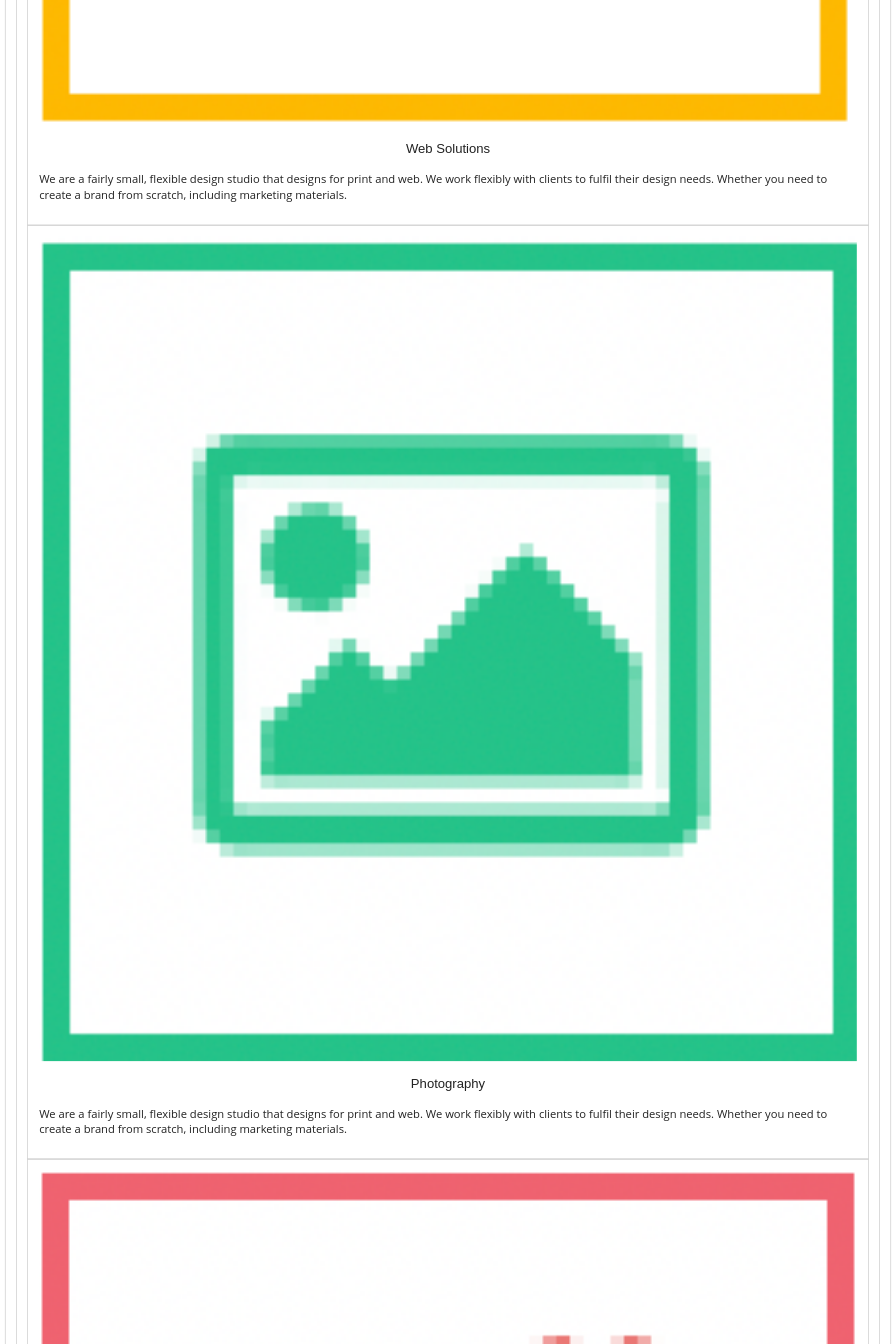
Repository: lpcmendoza/LAB02BF_Group9
Page: index.html
These files come from the project's save history. The page is drawn as it stood at one moment and after the next save; the edit follows.
The browser window is 1280 px wide. The pictures show the part of the page from y = 2907 to 4827 px (the page is 19799 px tall), at 70% of full size.

Above is the page before, as saved 2024-02-11 21:48:04.

### index.html
<!doctype html>
<html class="no-js" lang="en">

<head>
  <meta charset="utf-8">
  <meta name="viewport" content="width=device-width, initial-scale=1">
  <title>Metrolics</title>
  <link rel="stylesheet" href="css/style.css">
  <meta name="description" content="Group Blog">

  <meta property="og:title" content="Metrolics">
  <meta property="og:type" content="website">
  <meta property="og:url" content="">
  <meta property="og:image" content="">

  <link rel="icon" href="/favicon.ico" sizes="any">
  <link rel="icon" href="/icon.svg" type="image/svg+xml">
  <link rel="apple-touch-icon" href="icon.png">

  <link rel="manifest" href="site.webmanifest">
  <meta name="theme-color" content="#fafafa">
</head>

<body>

  <header class="page-header page-header-home">
    <div class="inner-container">
      <div class="content-container">
        <h1>Metrolics</h1>
      </div>
      <div class="content-container">
        <button class="navigation-button">Home</button>
        <button class="navigation-button">Pages</button>
        <button class="navigation-button">Portfolio</button>
        <button class="navigation-button">Blog</button>
        <button class="navigation-button">E-mail</button>
      </div>
    </div>
  </header>

  <div class="section section-image">
    <div class="inner-container">
      <div class="content-container">
        <img src="img/placeholder.svg" alt="placeholder image">
      </div>
    </div>
  </div>

  <div class="section section-title">
    <div class="inner-container">
      <div class="content-container">
        <h1>Hey guys! This is the Metrolics theme. It sports a responsive layout with a mobile layout.</h1>
      </div>
    </div>
  </div>

  <div class="section section-ourthings">
    <div class="inner-container">
      <div class="what-we-do-container-header">
        <h2>Things that we do</h2>
        <p>Ask us what we can do for you</p>
      </div>
      <div class="what-we-do-container-body m-1-2">
        <img class="icons" src="img/icon-web-solutions.png" alt="Web Solutions Icon">
        <h3>Web Solutions</h3>
        <p>We are a fairly small, flexible design studio that designs for print and web. We work flexibly with clients to fulfil their design needs. Whether you need to create a brand from scratch, including marketing materials.</p>
      </div>
      <div class="what-we-do-container-body">
        <img class="icons" src="img/icon-photography.png" alt="Photography Icon">
        <h3>Photography</h3>
        <p>We are a fairly small, flexible design studio that designs for print and web. We work flexibly with clients to fulfil their design needs. Whether you need to create a brand from scratch, including marketing materials.</p>
      </div>
      <div class="what-we-do-container-body">
        <img class="icons" src="img/icon-web-development.png" alt="Web Development Icon">
        <h3>Web Development</h3>
        <p>We are a fairly small, flexible design studio that designs for print and web. We work flexibly with clients to fulfil their design needs. Whether you need to create a brand from scratch, including marketing materials.</p>
      </div>
      <div class="what-we-do-container-body">
        <img class="icons" src="img/icon-web-design.png" alt="Web Design Icon">
        <h3>Web Design</h3>
        <p>We are a fairly small, flexible design studio that designs for print and web. We work flexibly with clients to fulfil their design needs. Whether you need to create a brand from scratch, including marketing materials.</p>
      </div>
    </div>
  </div>

  <div class="section section-news">
    <div class="inner-container">
      <div class="content-container">
        <h2>What's up lately?</h2>
      </div>
      <div class="content-container">
        <img src="img/placeholder.svg" alt="placeholder image">
      </div>
      <div class="content-container">
        <img src="img/placeholder.svg" alt="placeholder image">
      </div>
      <div class="content-container">
        <img src="img/placeholder.svg" alt="placeholder image">
      </div>
    </div>
  </div>

  <div class="section section-projects">
    <div class="inner-container">
      <div class="content-container">
        <h2>Our latest projects</h2>
      </div>
      <div class="content-container">
        <img src="img/placeholder.svg" alt="placeholder image">
      </div>
      <div class="content-container">
        <img src="img/placeholder.svg" alt="placeholder image">
      </div>
      <div class="content-container">
        <img src="img/placeholder.svg" alt="placeholder image">
      </div>
      <div class="content-container">
        <img src="img/placeholder.svg" alt="placeholder image">
      </div>
      <div class="content-container">
        <img src="img/placeholder.svg" alt="placeholder image">
      </div>
      <div class="content-container">
        <img src="img/placeholder.svg" alt="placeholder image">
      </div>
    </div>
  </div>

  <div class="section section-things">
    <div class="inner-container">
      <div class="content-container">
        <h2>Things of above</h2>
      </div>
      <div class="content-container">
        <p>content</p>
      </div>
      <div class="content-container">
        <p>content</p>
      </div>
    </div>
  </div>

  <div class="section section-clients">
    <div class="inner-container">
      <div class="content-container">
        <p>client</p>
      </div>
      <div class="content-container">
        <p>client</p>
      </div>
      <div class="content-container">
        <p>client</p>
      </div>
      <div class="content-container">
        <p>client</p>
      </div>
      <div class="content-container">
        <p>client</p>
      </div>
    </div>
  </div>

  <footer>
    <div class="page-footer page-footer-home">
      <div class="inner-container">
        <div class="content-container">
          <h2>footer</h2>
        </div>
        <div class="content-container">
          <p>content</p>
        </div>
        <div class="content-container">
          <p>content</p>
        </div>
        <div class="content-container">
          <p>content</p>
        </div>
        <div class="content-container">
          <p>content</p>
        </div>
      </div>
    </div>
  </footer>

  <script src="js/app.js"></script>

</body>

</html>

### css/style.css
/* ==========================================================================
    [Table of contents]

    1. BASE
        1.1 Page Rendering Defaults
        1.2 Core Styling
        1.3 Typography
    2. LAYOUT
        2.1 Core Layout
        2.2 Small only
        2.3 medium and up
        2.4 Medium only
        2.5 large screens and up
        2.6 Large only
    3. MODULES
    4. STATES
    5. THEME
    6. UTILITY classes
    7. PRINT

    refer to http://smacss.com/
    ========================================================================== */


/* ==========================================================================
   BASE
   ========================================================================== */


/* 1.1 Page Rendering Defaults */

html {
  color: #222;
  font-size: 1em;
  line-height: 1.4;
}

/*
* Remove text-shadow in selection highlight:
* https://twitter.com/miketaylr/status/12228805301
*
* Customize the background color to match your design.
*/

::-moz-selection {
background: #b3d4fc;
text-shadow: none;
}

::selection {
background: #b3d4fc;
text-shadow: none;
}

/*
* A better looking default horizontal rule
*/

hr {
display: block;
height: 1px;
border: 0;
border-top: 1px solid #ccc;
margin: 1em 0;
padding: 0;
}

/*
* Remove the gap between audio, canvas, iframes,
* images, videos and the bottom of their containers:
* https://github.com/h5bp/html5-boilerplate/issues/440
*/

audio,
canvas,
iframe,
img,
svg,
video {
vertical-align: middle;
}

/*
* Remove default fieldset styles.
*/

fieldset {
border: 0;
margin: 0;
padding: 0;
}

/*
* Allow only vertical resizing of textareas.
*/

textarea {
resize: vertical;
}

/* 1.2 Core Styling */

/* refer to https://css-tricks.com/box-sizing/ */
*,
*:before,
*:after {
  box-sizing: border-box;
}

img {
  width: 100%;
}


/* 1.3 Typgraphy */

h1,
h2,
h3,
h4,
h5,
h6 {
  font-family: Ubuntu, sans-serif;
  font-weight: 300;
  text-align: center;
}

p {
  font-family: 'Open Sans', Arial, Helvetica, sans-serif;
}


/* ==========================================================================
 2. LAYOUT
 ========================================================================== */


/* Helper to display empty layout containers*/

div,
main,
section,
footer,
header {
  outline: 1px solid #ccc;
  min-height: 1rem;
  padding: 1rem;
}


/* 2.1 Core layout */

.row {
  display: grid;
  row-gap: 1rem;
}

.col {
  position: relative;
  background-color: rgb(242, 230, 177);
}


/* ==========================================================================
 EXAMPLE Media Queries for Responsive Design.
 These examples override the primary ('mobile first') styles.
 Modify as content requires.
 Taken from https://get.foundation/sites/docs-v5/media-queries.html
 (the latest version is adjusted and no longer matches the ones used below)
 ========================================================================== */


/* 2.2 Small only */

@media screen and (max-width: 39.9375em) {
  .s-hide {
      display: none;
  }

  .what-we-do-container-header {
    align-content: center;
    text-align: center;
  }

  .icons {
      max-width: 5em;
      max-height: 5em;
      float: left;
      margin-right: 1em;
  }

  h3 {
      text-align: left;
      margin: 0;
      font-weight: bold;
  }

  .what-we-do-container-body {
      text-align: left;
  }

  .what-we-do-container-body p {
    margin-left: 6em;
}
}


/* 2.3 medium and up */

@media screen and (min-width: 40em) {
  .row {
      max-width: 70rem;
      column-gap: 1.5rem;
      row-gap: 1.5rem;
      margin: 0 auto;
  }
  .grid {
      display: grid;
      column-gap: 0.5rem;
      row-gap: 0.5rem;
  }
  .m-col-2 {
      grid-template-columns: 1fr 1fr;
  }
  .m-col-3 {
      grid-template-columns: repeat(3, 1fr);
  }
  .m-col-4 {
      grid-template-columns: repeat(4, 1fr);
  }
  .m-col-5 {
      grid-template-columns: repeat(5, 1fr);
  }
  .m-1-2 {
      grid-template-columns: 1fr 2fr;
  }

  .what-we-do-container-body {
    display: 50%;
  }

}


/* 2.4 Medium only */

@media screen and (min-width: 40em) and (max-width: 63.9375em) {
  .m-row-span {
      grid-column-start: 1;
      grid-column-end: -1;
  }
  .m-hide {
      display: none;
  }
}


/* 2.5 large screens and up 2.6 Large only */

@media screen and (min-width: 64em) {
  .l-col-2 {
      grid-template-columns: 1fr 1fr;
  }
  .l-col-3 {
      grid-template-columns: repeat(3, 1fr);
  }
  .l-col-4 {
      grid-template-columns: repeat(4, 1fr);
  }
  .l-col-5 {
      grid-template-columns: repeat(5, 1fr);
  }
  .l-col-6 {
      grid-template-columns: repeat(6, 1fr);
  }
  .l-row-span {
      grid-column-start: 1;
      grid-column-end: -1;
  }
  .l-hide {
      display: none;
  }
}


/* ==========================================================================
 2. MODULES
 ========================================================================== */


/* ==========================================================================
 2. STATES
 ========================================================================== */


/* ==========================================================================
 2. THEME
 ========================================================================== */


/* ==========================================================================
 6. UTILITY classes
 ========================================================================== */
/*
* Hide visually and from screen readers
*/

.hidden,
[hidden] {
display: none !important;
}

/*
* Hide only visually, but have it available for screen readers:
* https://snook.ca/archives/html_and_css/hiding-content-for-accessibility
*
* 1. For long content, line feeds are not interpreted as spaces and small width
*    causes content to wrap 1 word per line:
*    https://medium.com/@jessebeach/beware-smushed-off-screen-accessible-text-5952a4c2cbfe
*/

.visually-hidden {
border: 0;
clip: rect(0, 0, 0, 0);
height: 1px;
margin: -1px;
overflow: hidden;
padding: 0;
position: absolute;
white-space: nowrap;
width: 1px;
/* 1 */
}

/*
* Extends the .visually-hidden class to allow the element
* to be focusable when navigated to via the keyboard:
* https://www.drupal.org/node/897638
*/

.visually-hidden.focusable:active,
.visually-hidden.focusable:focus {
clip: auto;
height: auto;
margin: 0;
overflow: visible;
position: static;
white-space: inherit;
width: auto;
}

/*
* Hide visually and from screen readers, but maintain layout
*/

.invisible {
visibility: hidden;
}

/*
* Clearfix: contain floats
*
* The use of `table` rather than `block` is only necessary if using
* `::before` to contain the top-margins of child elements.
*/

.clearfix::before,
.clearfix::after {
content: "";
display: table;
}

.clearfix::after {
clear: both;
}

@media print,
(-webkit-min-device-pixel-ratio: 1.25),
(min-resolution: 1.25dppx),
(min-resolution: 120dpi) {
/* Style adjustments for high resolution devices */
}

/* ==========================================================================
 Print styles.
 Inlined to avoid the additional HTTP request:
 https://www.phpied.com/delay-loading-your-print-css/
 ========================================================================== */

@media print {
*,
*::before,
*::after {
  background: #fff !important;
  color: #000 !important;
  /* Black prints faster */
  box-shadow: none !important;
  text-shadow: none !important;
}

a,
a:visited {
  text-decoration: underline;
}

a[href]::after {
  content: " (" attr(href) ")";
}

abbr[title]::after {
  content: " (" attr(title) ")";
}

/*
 * Don't show links that are fragment identifiers,
 * or use the `javascript:` pseudo protocol
 */
a[href^="#"]::after,
a[href^="javascript:"]::after {
  content: "";
}

pre {
  white-space: pre-wrap !important;
}

pre,
blockquote {
  border: 1px solid #999;
  page-break-inside: avoid;
}

tr,
img {
  page-break-inside: avoid;
}

p,
h2,
h3 {
  orphans: 3;
  widows: 3;
}

h2,
h3 {
  page-break-after: avoid;
}
}

Loaded but not shown: js/app.js (no stored copy; drawn as an empty file)

After the next save:
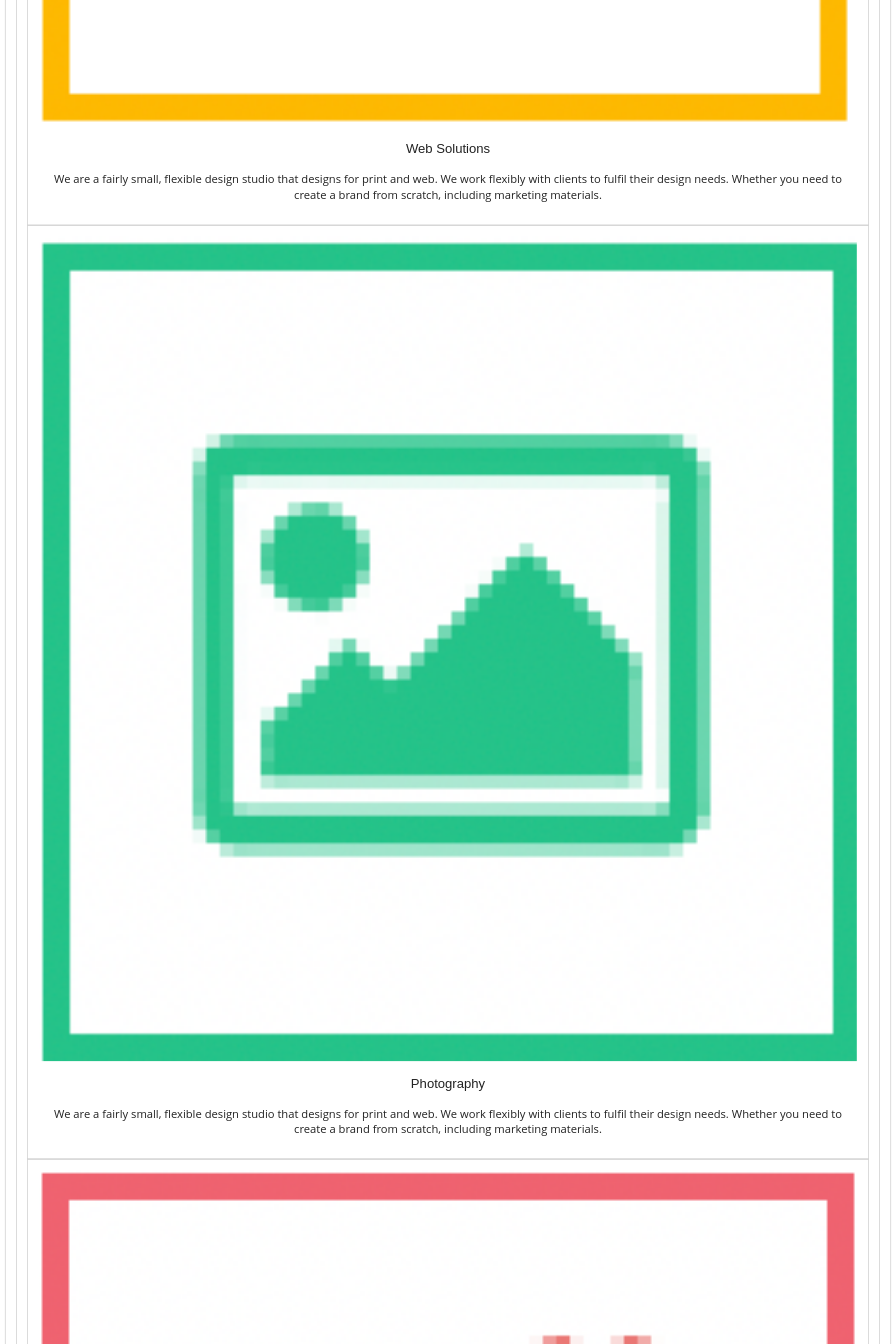
Saved 36 s later.
--- a/css/style.css
+++ b/css/style.css
@@ -235,8 +235,8 @@
       grid-template-columns: 1fr 2fr;
   }
 
-  .what-we-do-container-body {
-    display: 50%;
+  .what-we-do-container-body p {
+    text-align: center;
   }
 
 }
